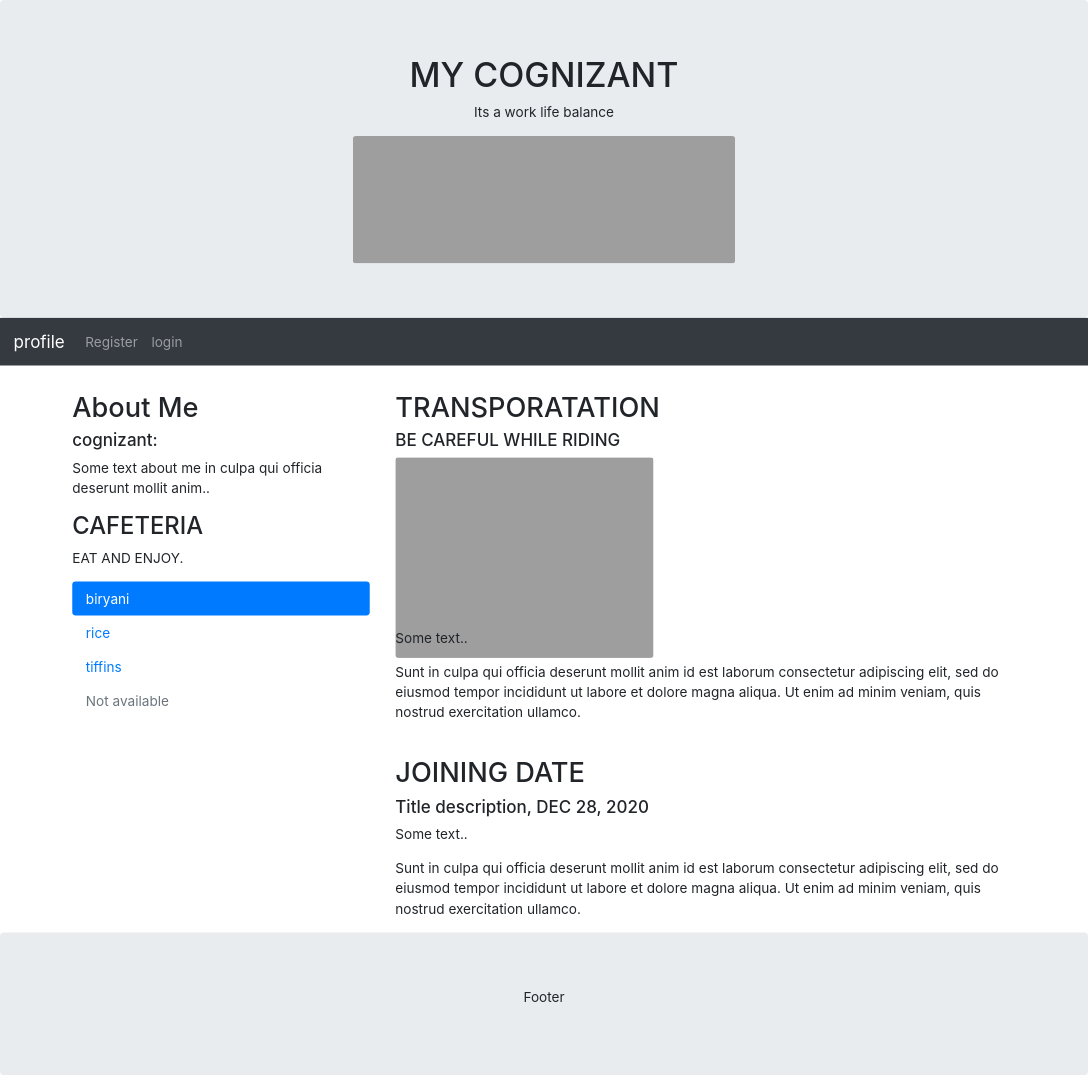
Repository: suvarsha/cognizant-projects
Page: BootStramp1/WebContent/first.html
These files come from the project's save history. The page is drawn as it stood at one moment and after the next save; the edit follows.
The browser window is 1280 px wide. The pictures show the whole page, at 85% of full size.
Pictures or frames that could not be fetched are drawn as grey boxes.

Above is the page before, as saved 2020-01-18 12:03:24.

### BootStramp1/WebContent/first.html
<!DOCTYPE html>
<html lang="en">
<head>
  <title>Bootstrap 4 Website Example</title>
  <meta charset="utf-8">
  <meta name="viewport" content="width=device-width, initial-scale=1">
  <link rel="stylesheet" href="https://maxcdn.bootstrapcdn.com/bootstrap/4.4.1/css/bootstrap.min.css">
  <script src="https://ajax.googleapis.com/ajax/libs/jquery/3.4.1/jquery.min.js"></script>
  <script src="https://cdnjs.cloudflare.com/ajax/libs/popper.js/1.16.0/umd/popper.min.js"></script>
  <script src="https://maxcdn.bootstrapcdn.com/bootstrap/4.4.1/js/bootstrap.min.js"></script>
  <style>
  .fakeimg {
    height: 200px;
    background:white;
  }
  </style>
</head>
<body>

<div class="jumbotron text-center" style="margin-bottom:0">
  <h1>MY COGNIZANT</h1>
  <p>Its a  work life balance</p>
  <img src="C:\cognizant\BootStramp1\WebContent\image\download (1).jpg"  class="rounded" alt="Cinque Terre" width="450" height="150"></div>

<nav class="navbar navbar-expand-sm bg-dark navbar-dark">
  <a class="navbar-brand" href="#">profile</a>
  <button class="navbar-toggler" type="button" data-toggle="collapse" data-target="#collapsibleNavbar">
    <span class="navbar-toggler-icon"></span>
  </button>
  <div class="collapse navbar-collapse" id="collapsibleNavbar">
    <ul class="navbar-nav">
      <li class="nav-item">
        <a class="nav-link" href="#">Register</a>
      </li>
      <li class="nav-item">
        <a class="nav-link" href="#">login</a>
      </li>
      <li class="nav-item">
        <a class="nav-link" href="#"></a>
      </li>
    </ul>
  </div>
</nav>

<div class="container" style="margin-top:30px">
  <div class="row">
    <div class="col-sm-4">
      <h2>About Me</h2>
      <h5>cognizant:</h5>
      <p>Some text about me in culpa qui officia deserunt mollit anim..</p>
      <h3>CAFETERIA</h3>
      <p>EAT AND ENJOY.</p>
      <ul class="nav nav-pills flex-column">
        <li class="nav-item">
          <a class="nav-link active" href="#">biryani</a>
        </li>
        <li class="nav-item">
          <a class="nav-link" href="#">rice</a>
        </li>
        <li class="nav-item">
          <a class="nav-link" href="#">tiffins</a>
        </li>
        <li class="nav-item">
          <a class="nav-link disabled" href="#">Not available</a>
        </li>
      </ul>
      <hr class="d-sm-none">
    </div>
    <div class="col-sm-8">
      <h2>TRANSPORATATION</h2>
      <h5>BE CAREFUL WHILE RIDING</h5>
      <div class="fakeimg">
      <img src="C:\cognizant\BootStramp1\WebContent\image\download.jpg" class="rounded" alt="Cinque Terre" width="304" height="236"></div>
      <p>Some text..</p>
      <p>Sunt in culpa qui officia deserunt mollit anim id est laborum consectetur adipiscing elit, sed do eiusmod tempor incididunt ut labore et dolore magna aliqua. Ut enim ad minim veniam, quis nostrud exercitation ullamco.</p>
      <br>
      <h2>JOINING DATE</h2>
      <h5>Title description, DEC 28, 2020</h5>

      <p>Some text..</p>
      <p>Sunt in culpa qui officia deserunt mollit anim id est laborum consectetur adipiscing elit, sed do eiusmod tempor incididunt ut labore et dolore magna aliqua. Ut enim ad minim veniam, quis nostrud exercitation ullamco.</p>
    </div>
  </div>
</div>

<div class="jumbotron text-center" style="margin-bottom:0">
  <p>Footer</p>
</div>

</body>
</html>

After the next save:
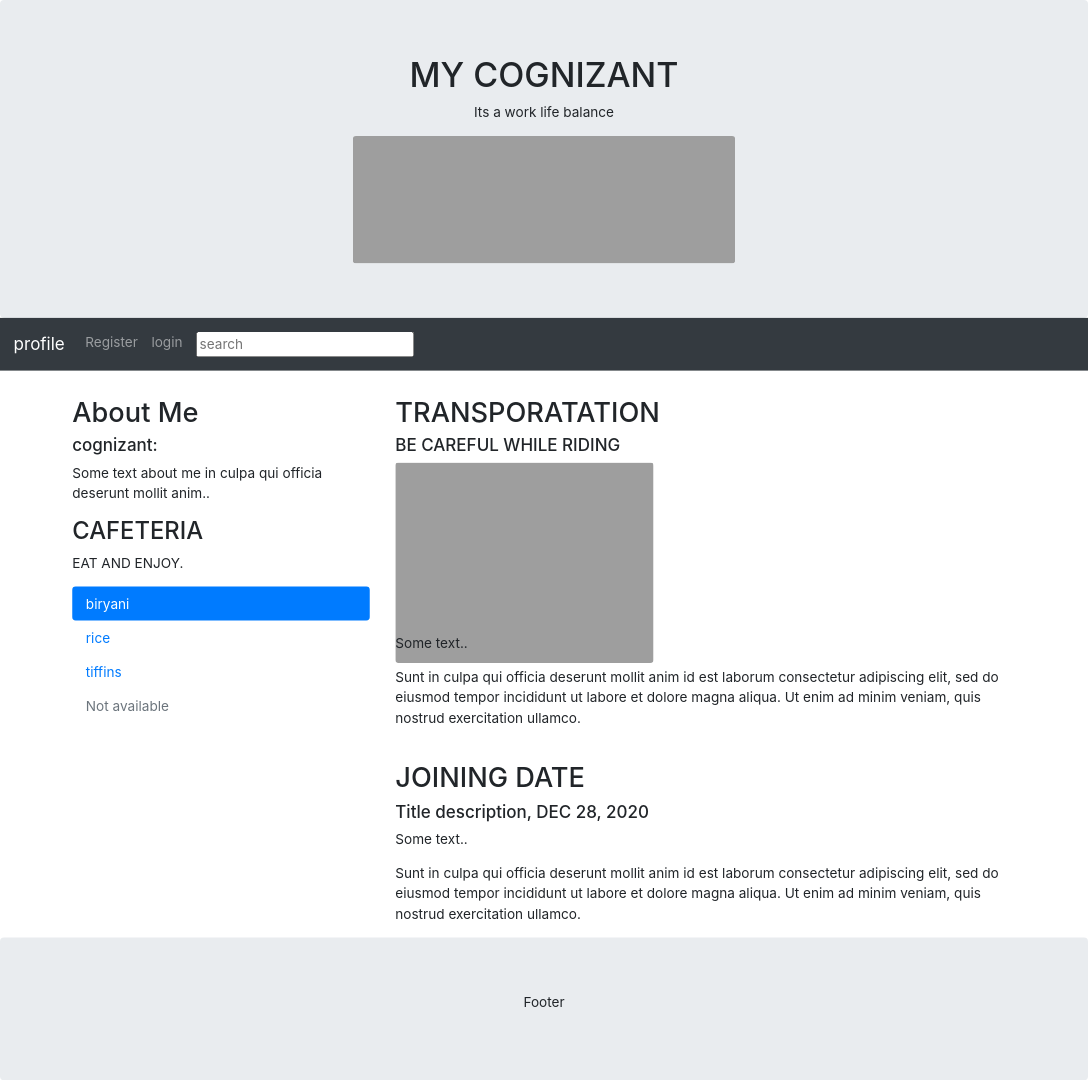
Saved 44 s later.
--- a/BootStramp1/WebContent/first.html
+++ b/BootStramp1/WebContent/first.html
@@ -36,7 +36,7 @@
         <a class="nav-link" href="#">login</a>
       </li>
       <li class="nav-item">
-        <a class="nav-link" href="#"></a>
+        <a class="nav-link" href="#"><input type="text" placeholder="search" ></a>
       </li>
     </ul>
   </div>
